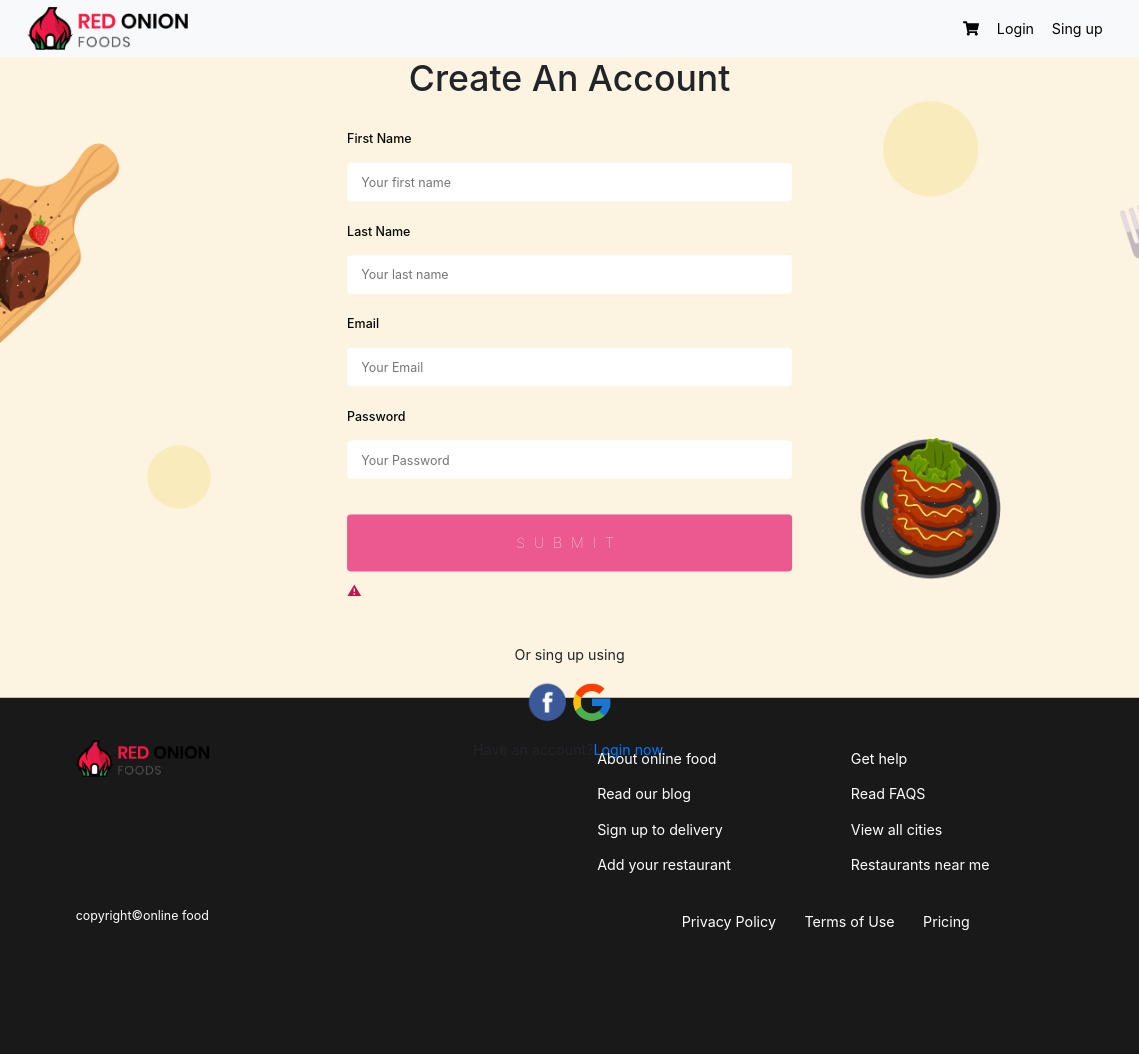
Repository: arif286/red-onion-client
Page: /
These files come from the project's save history. The page is drawn as it stood at one moment and after the next save; the edit follows.
The browser window is 1280 px wide. The pictures show the whole page, at 89% of full size.
The project was rebuilt for these pictures with package versions that can differ from the ones it lists, and the page was loaded fresh each time. Also part of the build but not shown: src/App.css, src/components/Cart/Cart.js, src/components/SearchBar/SearchBar.css, src/components/SearchBar/SearchBar.js, src/components/FoodDetails/FoodDetail.css, src/components/FoodDetails/FoodDetail.js, src/components/DeliveryFood/DeliveryFood.js, src/components/Food/Food.css and 4 more.

Above is the page before, as saved 2021-03-26 14:26:24.

After the next save:
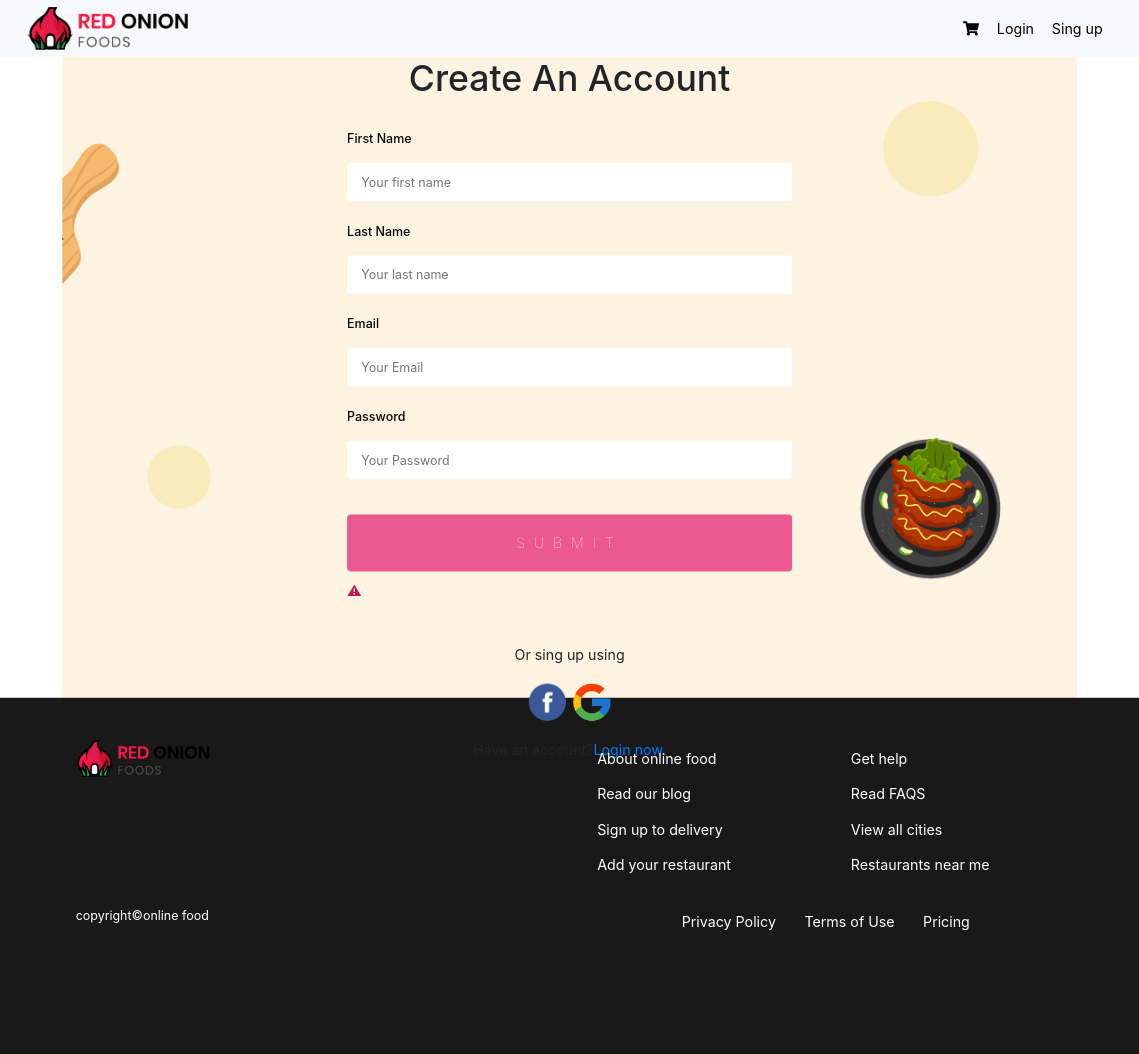
Saved 37 s later.
--- a/src/components/SingUp/SingUp.js
+++ b/src/components/SingUp/SingUp.js
@@ -36,7 +36,7 @@
     };
    console.log(loggedInUser);
     return (
-      <div style={bgImage}>
+      <div className='container' style={bgImage}>
         <h1 className="form-header"> Create An Account</h1>
         {loggedInUser.email &&<div className="alert alert-success" role="alert">
           Your account has been created successfully!

After the save that followed:
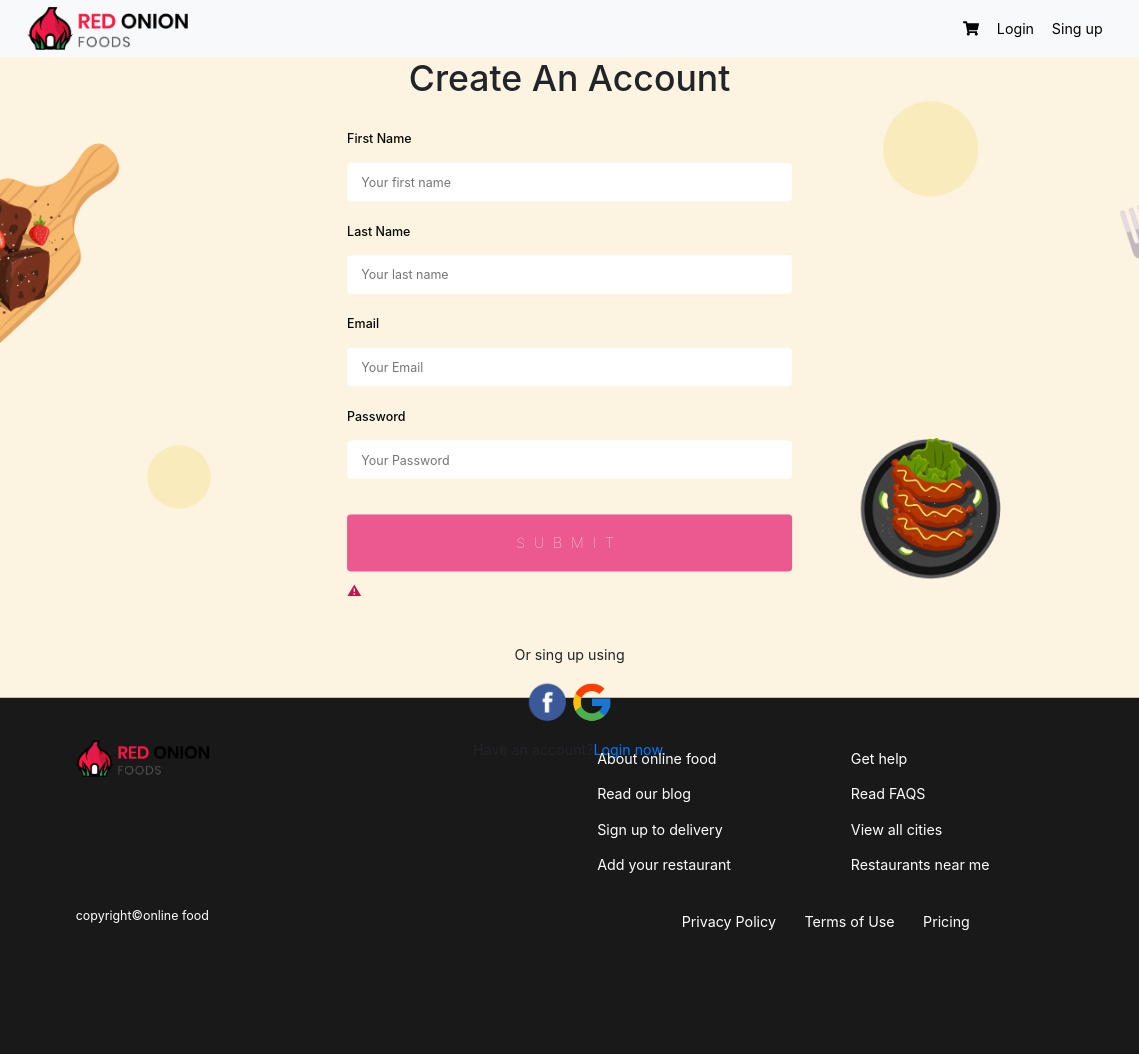
Saved 19 s later.
--- a/src/components/SingUp/SingUp.js
+++ b/src/components/SingUp/SingUp.js
@@ -36,7 +36,7 @@
     };
    console.log(loggedInUser);
     return (
-      <div className='container' style={bgImage}>
+      <div style={bgImage}>
         <h1 className="form-header"> Create An Account</h1>
         {loggedInUser.email &&<div className="alert alert-success" role="alert">
           Your account has been created successfully!
